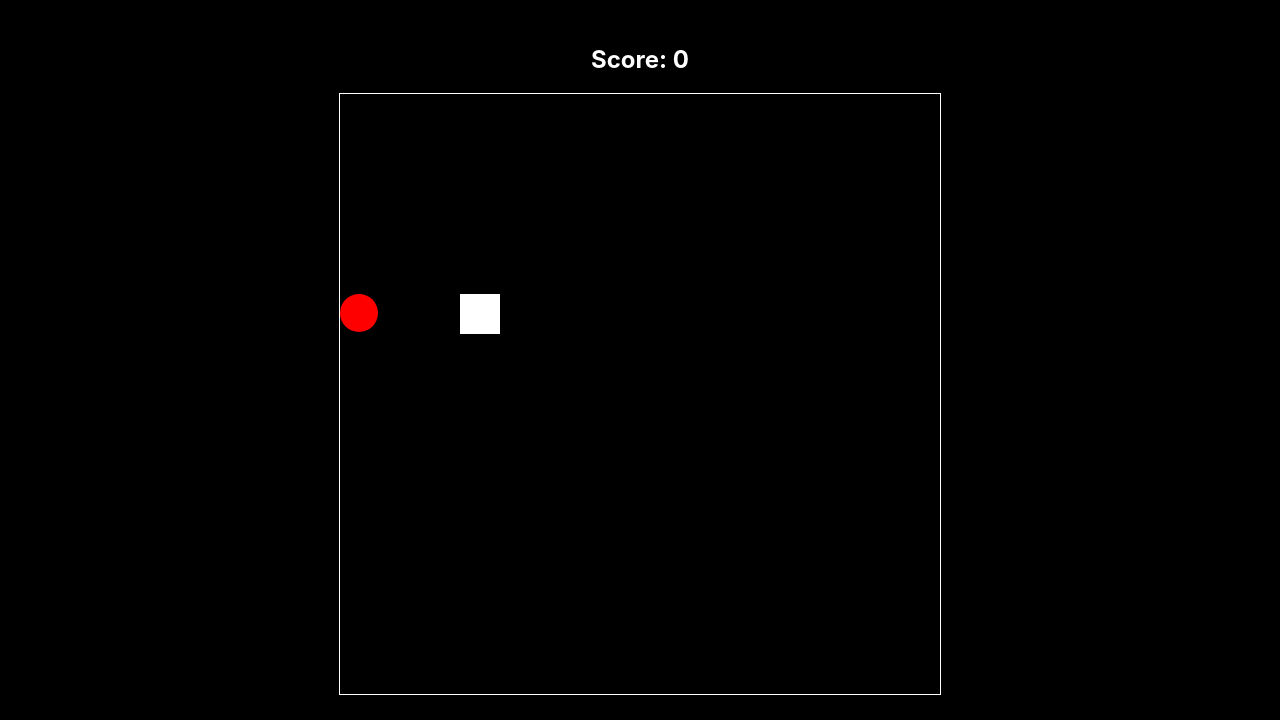
Repository: rehans-Life/linkedlist-snake-game
Page: /
An editor plug-in stored every save of this project. The page is shown before and after the next save, followed by the edit.
The browser window is 1280 px wide. The pictures show the whole page.
The project was rebuilt for these pictures with package versions that can differ from the ones it lists, and the page was loaded fresh each time. The framework's server and built-in components were replaced by stand-ins that run in the browser. Also part of the build but not shown: next.config.js.

Above is the page before, as saved 2023-04-16 02:02:05.

### pages/index.js
import Head from "next/head";
import styles from "../styles/Home.module.css";
import Board from "../components/Board";

export default function Home() {
  return (
    <div className={styles.container}>
      <Head>
        <title>Linked List Snake Game</title>
        <meta name="description" content="linked list snake game" />
        <link rel="icon" href="/favicon.ico" />
      </Head>
      <Board />
    </div>
  );
}

### styles/globals.css
html,
body {
  padding: 0;
  margin: 0;
  font-family: -apple-system, BlinkMacSystemFont, Segoe UI, Roboto, Oxygen,
    Ubuntu, Cantarell, Fira Sans, Droid Sans, Helvetica Neue, sans-serif;
}

a {
  color: inherit;
  text-decoration: none;
}

* {
  box-sizing: border-box;
}

button {
  margin: 0;
  padding: 0;
}

### styles/Home.module.css
.container {
  background-color: rgb(0, 0, 0);
  height: 100vh;
  display: flex;
  align-items: center;
  justify-content: center;
}

.board {
  border: 1px solid white;
}

.score {
  color: white;
  width: 100%;
  text-align: center;
}

.row {
  display: flex;
  align-items: center;
  justify-content: center;
}

.cell {
  width: 40px;
  height: 40px;
}

.snake_cell {
  background-color: green;
}

.food_cell {
  position: relative;
}

.food_cell::before {
  content: "";
  height: 95%;
  position: absolute;
  width: 95%;
  border-radius: 50%;
  background-color: red;
}

.reverse_cell {
  position: relative;
}

.reverse_cell::before {
  content: "";
  height: 95%;
  position: absolute;
  width: 95%;
  border-radius: 50%;
  background-color: purple;
}

.head {
  background-color: white;
}

### components/Board.jsx
/* eslint-disable react-hooks/exhaustive-deps */
import React, { useEffect, useState } from "react";
import styles from "../styles/Home.module.css";
import { createBoard, randomIntInIntervel } from "../utils";

const BOARD_SIZE = 10;

// A Class to represent each node of the linked list
class Node {
  constructor(value, row, col) {
    this.value = value;
    this.row = row;
    this.col = col;
    this.next = null;
  }
}

// A class to represent the singly linked list
class SinglyLinkedList {
  constructor(head) {
    let node = new Node(head.value, head.row, head.col);
    this.head = node;
    this.tail = node;
  }
}

const Direction = {
  UP: "UP",
  RIGHT: "RIGHT",
  DOWN: "DOWN",
  LEFT: "LEFT",
};

const reverseDirection = {
  UP: "DOWN",
  RIGHT: "LEFT",
  DOWN: "UP",
  LEFT: "RIGHT",
};

export default function Board() {
  const [board, setBoard] = useState(createBoard(15));

  // A set to store the values of all snake cells intially our snake will be of size
  // one cell and start from the 44th cells.
  const [snakeCells, setSnakeCells] = useState(new Set([80]));

  // A linked list for our snake initally going to have only one node which
  // is at cell 44.
  const [linkedlist, setLinkedList] = useState(
    new SinglyLinkedList({ value: 80, row: 5, col: 4 })
  );

  const [foodCell, setFoodCell] = useState(85);
  const [direction, setDirection] = useState(Direction.RIGHT);

  const [reverseLinkedList, setReverseLinkedList] = useState(false);
  const [counter, setCounter] = useState(0);

  useEffect(() => {
    window.addEventListener("keydown", (e) => {
      handleKeyDown(e.key);
    });
    let gameStartInternal = setInterval(() => {
      setLinkedList((currLinkedList) => moveLinkedList(currLinkedList));
    }, 250);
    return () => {
      clearInterval(gameStartInternal);
    };
  }, [direction, foodCell, snakeCells]);

  useEffect(() => {
    setSnakeCells((currSnakeCells) => moveSnakeCells(currSnakeCells));
  }, [linkedlist]);

  function handleKeyDown(key) {
    const direction = getDirectionFromKey(key);
    if (direction === "") return;
    setDirection(direction);
  }

  const getDirectionFromKey = (key) => {
    if (key === "ArrowUp") return Direction.UP;
    if (key === "ArrowRight") return Direction.RIGHT;
    if (key === "ArrowDown") return Direction.DOWN;
    if (key === "ArrowLeft") return Direction.LEFT;
    return "";
  };

  function moveLinkedList(originalLinkedlist) {
    let linkedList = copyLinkedList(originalLinkedlist);
    let currHead = linkedList.head;
    let newHead = createNewNodeInDirection(board, currHead);

    if (!newHead) {
      setFoodCell(85);
      setDirection(Direction.RIGHT);
      return new SinglyLinkedList({ value: 80, row: 5, col: 4 });
    }

    currHead.next = newHead;
    if (newHead.value === foodCell) {
      if (reverseLinkedList) {
        let reversedLinkedList = createReverseLinkedList(linkedList);
        let newDirection = newReverseDirection(originalLinkedlist.tail);
        setDirection(newDirection);
        while (true) {
          let newFoodCell = randomIntInIntervel(1, board[14][14]);
          if (!snakeCells.has(newFoodCell)) {
            setReverseLinkedList(Math.random() < 0.3);
            setFoodCell(newFoodCell);
            break;
          }
        }
        return { head: reversedLinkedList.head, tail: currHead };
      }

      let growthCell = createNewNodeForGrowth(board, linkedList.tail);
      let temp = linkedList.tail;
      linkedList.tail = growthCell;
      linkedList.tail.next = temp;

      while (true) {
        let newFoodCell = randomIntInIntervel(1, board[14][14]);
        if (!snakeCells.has(newFoodCell)) {
          setReverseLinkedList(Math.random() < 0.3);
          setFoodCell(newFoodCell);
          break;
        }
      }
    }
    return { head: newHead, tail: linkedList.tail.next };
  }

  function newReverseDirection(currHead) {
    let newDirection;
    let nextToHead = currHead.next;

    if (!nextToHead) {
      if (direction === "RIGHT") newDirection = reverseDirection["RIGHT"];
      else if (direction === "LEFT") newDirection = reverseDirection["LEFT"];
      else if (direction === "UP") newDirection = reverseDirection["UP"];
      else newDirection = reverseDirection["DOWN"];
      return newDirection;
    }

    if (direction === "RIGHT") {
      if (nextToHead.col === currHead.col - 1) {
        newDirection = "RIGHT";
      } else {
        newDirection = "LEFT";
      }
    }

    if (direction === "LEFT") {
      if (nextToHead.col === currHead.col + 1) {
        newDirection = "LEFT";
      } else {
        newDirection = "RIGHT";
      }
    }

    if (direction === "UP") {
      if (nextToHead.row === currHead.row + 1) {
        newDirection = "UP";
      } else {
        newDirection = "DOWN";
      }
    }

    if (direction === "DOWN") {
      if (nextToHead.row === currHead.row - 1) {
        newDirection = "DOWN";
      } else {
        newDirection = "UP";
      }
    }
    return newDirection;
  }

  function createReverseLinkedList(linkedList) {
    let tail = linkedList.tail;
    let curr = null;
    let prev = tail;

    while (prev) {
      let temp = prev.next;
      prev.next = curr;
      curr = prev;
      prev = temp;
    }

    return { head: tail, tail: curr };
  }

  function createNewNodeForGrowth(board, currTail) {
    let newTail;
    if (direction === "LEFT")
      newTail = new Node(
        board[currTail.row][currTail.col + 1],
        currTail.row,
        currTail.col + 1
      );
    else if (direction === "RIGHT")
      newTail = new Node(
        board[currTail.row][currTail.col - 1],
        currTail.row,
        currTail.col - 1
      );
    else if (direction === "DOWN") {
      if (currTail.row - 1 < 0) {
        newTail = new Node(
          board[currTail.row + 1][currTail.col],
          currTail.row + 1,
          currTail.col
        );
      } else {
        newTail = new Node(
          board[currTail.row - 1][currTail.col],
          currTail.row - 1,
          currTail.col
        );
      }
    } else if (direction === "UP") {
      if (currTail.row + 1 >= 15) {
        newTail = new Node(
          board[currTail.row - 1][currTail.col],
          currTail.row - 1,
          currTail.col
        );
      } else {
        newTail = new Node(
          board[currTail.row + 1][currTail.col],
          currTail.row + 1,
          currTail.col
        );
      }
    }

    return newTail;
  }

  function createNewNodeInDirection(board, currHead) {
    let newHead = false;
    if (
      direction === "LEFT" &&
      currHead.col - 1 >= 0 &&
      !snakeCells.has(board[currHead.row][currHead.col - 1])
    )
      newHead = new Node(
        board[currHead.row][currHead.col - 1],
        currHead.row,
        currHead.col - 1
      );
    else if (
      direction === "RIGHT" &&
      currHead.col + 1 < 15 &&
      !snakeCells.has(board[currHead.row][currHead.col + 1])
    )
      newHead = new Node(
        board[currHead.row][currHead.col + 1],
        currHead.row,
        currHead.col + 1
      );
    else if (
      direction === "DOWN" &&
      currHead.row + 1 < 15 &&
      !snakeCells.has(board[currHead.row + 1][currHead.col])
    )
      newHead = new Node(
        board[currHead.row + 1][currHead.col],
        currHead.row + 1,
        currHead.col
      );
    else if (
      direction === "UP" &&
      currHead.row - 1 >= 0 &&
      !snakeCells.has(board[currHead.row - 1][currHead.col])
    )
      newHead = new Node(
        board[currHead.row - 1][currHead.col],
        currHead.row - 1,
        currHead.col
      );
    return newHead;
  }

  function copyLinkedList(linkedList) {
    let node = linkedList.tail;
    let newNode = new Node(node.value, node.row, node.col);
    let newTail = newNode;
    while (node.next) {
      let next = node.next;
      let newNext = new Node(next.value, next.row, next.col);
      node = next;
      newNode.next = newNext;
      newNode = newNext;
    }
    return {
      head: newNode,
      tail: newTail,
    };
  }

  function moveSnakeCells() {
    let movedSnake = [];
    let node = linkedlist.tail;

    while (node) {
      movedSnake.push(node.value);
      node = node.next;
    }
    movedSnake.reverse();
    return new Set(movedSnake);
  }

  return (
    <div>
      <h2 className={styles.score}>Score: {counter}</h2>
      <div className={styles.board}>
        {board.map((row, i) => (
          <div key={i} className={styles.row}>
            {row.map((value, j) => (
              <div
                key={j}
                className={`${styles.cell} ${
                  linkedlist.head.value === value
                    ? styles.head
                    : snakeCells.has(value)
                    ? styles.snake_cell
                    : reverseLinkedList && value === foodCell
                    ? styles.reverse_cell
                    : value === foodCell
                    ? styles.food_cell
                    : ""
                }`}
              ></div>
            ))}
          </div>
        ))}
      </div>
    </div>
  );
}

### utils.js
export const randomIntInIntervel = (max, min) => {
  return Math.floor(Math.random() * (max - min + 1)) + min;
};

export const createBoard = (board_size) => {
  // All the cells which have a certain value assigned to them
  let board = [];
  let counter = 1;
  for (let i = 0; i < board_size; i++) {
    let row = [];
    for (let j = 0; j < board_size; j++) row.push(counter++);
    board.push(row);
  }
  return board;
};

Loaded but not shown: pages/_app.js (common file)

After the next save:
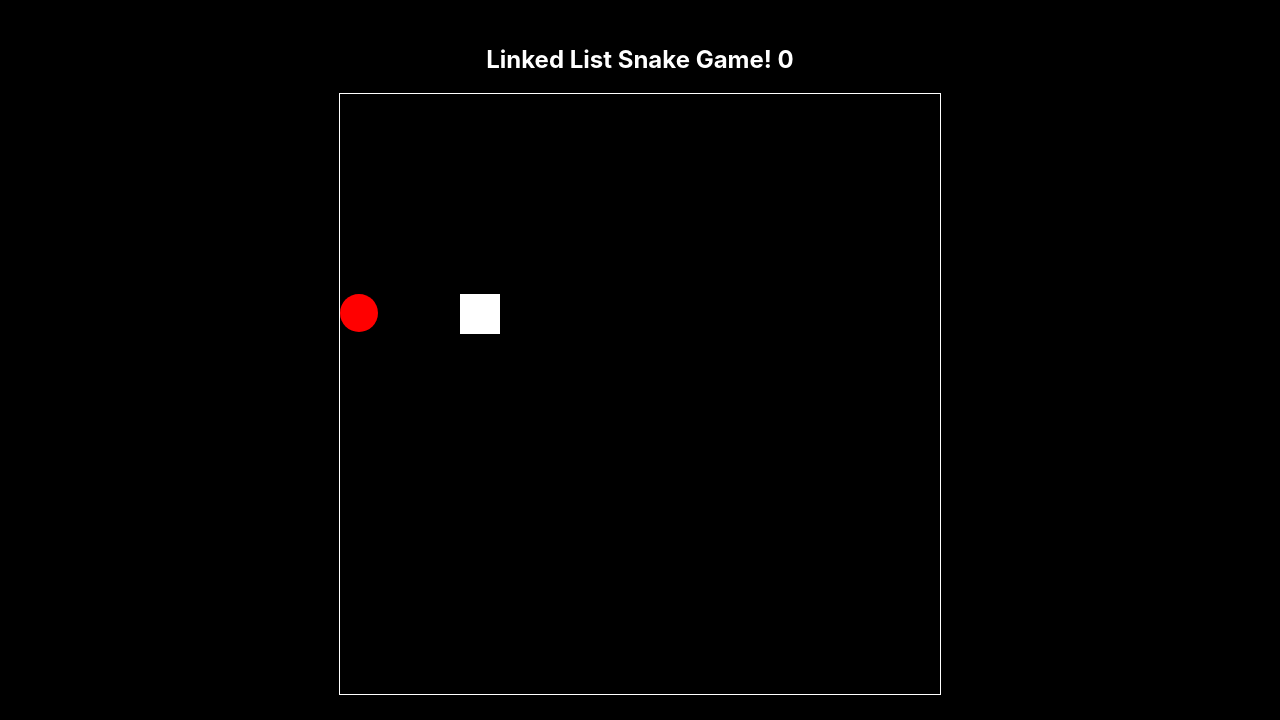
Saved 87 s later.
--- a/components/Board.jsx
+++ b/components/Board.jsx
@@ -316,7 +316,7 @@ export default function Board() {
 
   return (
     <div>
-      <h2 className={styles.score}>Score: {counter}</h2>
+      <h2 className={styles.score}>Linked List Snake Game! {counter}</h2>
       <div className={styles.board}>
         {board.map((row, i) => (
           <div key={i} className={styles.row}>
